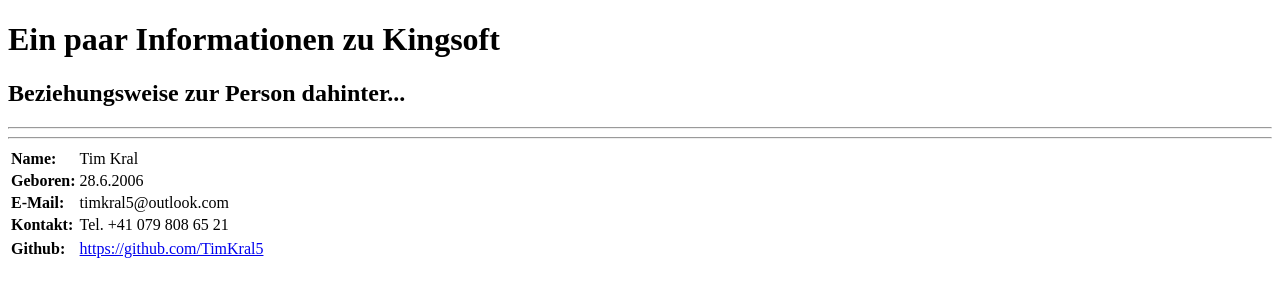
Repository: TimKral5/WikiPage
Page: Homepage/pages/about/about.htm
The author's editor kept a copy of each file at every save. The page is drawn from the files as they stood at one save, then again after the next save.
The browser window is 1280 px wide. The pictures show the whole page.

Above is the page before, as saved 2022-11-10 23:08:28.

### Homepage/pages/about/about.htm
<!DOCTYPE html>
<html lang="en">

<head>
    <meta charset="UTF-8">
    <meta http-equiv="X-UA-Compatible" content="IE=edge">
    <meta name="viewport" content="width=device-width, initial-scale=1.0">
    <title>Test</title>

    <link rel="stylesheet" href="style.css">
</head>

<body>
    <h1>Ein paar Informationen zu Kingsoft</h1>
    <h2>Beziehungsweise zur Person dahinter...</h2>
    <hr>
    <table>
        <tr>
            <td><b>Name:</b></td>
            <td>Tim Kral</td>
        </tr>
        <tr>
            <td><b>Geboren:</b></td>
            <td>28.6.2006</td>
        </tr>
        <tr>
            <td><b>E-Mail:</b></td>
            <td>timkral5@outlook.com</td>
        </tr>
        <tr>
            <td><b>Kontakt:</b></td>
            <td>Tel. +41 079 808 65 21</td>
        </tr>
        <tr><hr></tr>
        <tr>
            <td><b>Github:</b></td>
            <td><a href="https://github.com/TimKral5">https://github.com/TimKral5</a></td>
        </tr>
    </table>
</body>

</html>

### Homepage/pages/about/style.css
table {
    font-size: 16px;
}

After the next save:
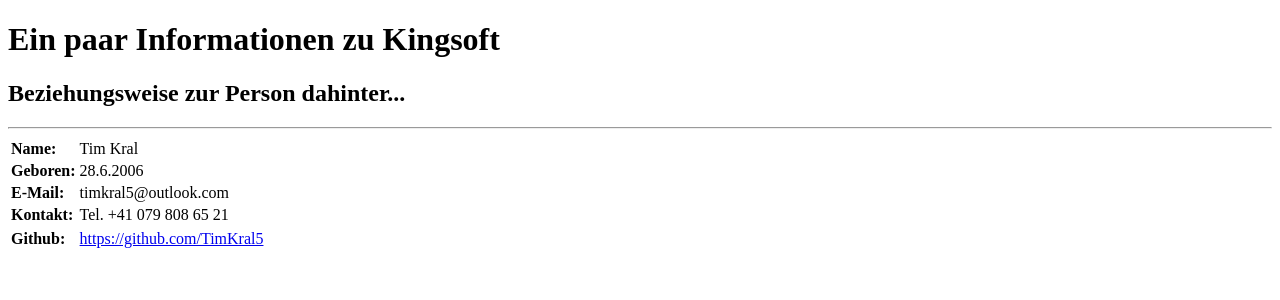
Saved 7 s later.
--- a/Homepage/pages/about/about.htm
+++ b/Homepage/pages/about/about.htm
@@ -31,7 +31,7 @@
             <td><b>Kontakt:</b></td>
             <td>Tel. +41 079 808 65 21</td>
         </tr>
-        <tr><hr></tr>
+        <tr></tr>
         <tr>
             <td><b>Github:</b></td>
             <td><a href="https://github.com/TimKral5">https://github.com/TimKral5</a></td>
